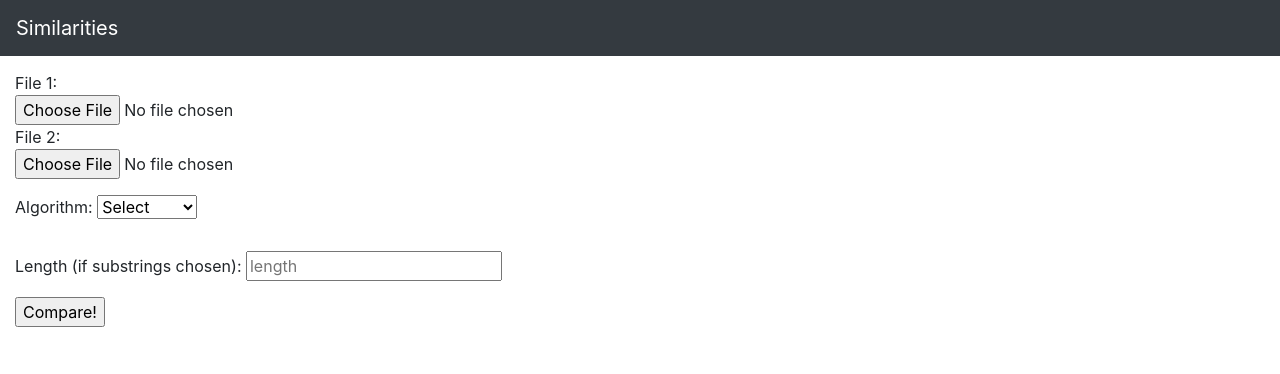
Repository: AllardQuek/CS50x
Page: http://localhost/
The author's editor kept a record of every edit. The page is drawn from the files as they stood at one moment, then again after the next edit.
The browser window is 1280 px wide. The pictures show the whole page.
Some web libraries are served in a nearby version. The page is served by the project's application, run on Flask 3 (pset7/similarities/application.py). Other server files are loaded and not shown.

Above is the page before.

### pset7/similarities/templates/index.html
{% extends "layout.html" %}

{% block body %}

    <div class="col">
        <form action="/compare" enctype="multipart/form-data" method="post">

            <!-- TODO -->
            <div class="form-group">
                File 1: <input type="file" name="file1" class="form-control-file">
                File 2: <input type="file" name="file2" class="form-control-file">
            </div>
            <div class="form-group">

                Algorithm:
                <select name="algorithm" class="form-group">
                    <option disabled selected>Select</option>
                    <option value="lines">lines</option>
                    <option value="sentences">sentences</option>
                    <option value="substrings">substring</option>
                </select>

            </div>
            <div class="form-group">
                Length (if substrings chosen): <input type="number" min="1" placeholder="length" name="length" >
            </div>
            <button type="submit">Compare!</button>

        </form>
    </div>

{% endblock %}

### pset7/similarities/templates/layout.html
<!DOCTYPE html>

<html lang="en">
    <head>

        <!-- Required meta tags -->
        <meta charset="utf-8"/>
        <meta name="viewport" content="width=device-width, initial-scale=1, shrink-to-fit=no"/>

        <!-- Bootstrap CSS -->
        <link href="https://maxcdn.bootstrapcdn.com/bootstrap/4.0.0-beta/css/bootstrap.min.css" rel="stylesheet"/>

        <link href="/static/styles.css" rel="stylesheet"/>

        <title>Similarities</title>

    </head>
    <body>

        <nav class="navbar fixed-top navbar-dark bg-dark">
            <a class="navbar-brand" href="/">Similarities</a>
        </nav>

        <div class="container-fluid">
            <div class="row">
                {% block body %}{% endblock %}
            </div>
        </div>

        <!-- Optional JavaScript -->
        <script src="https://code.jquery.com/jquery-3.2.1.slim.min.js"></script>
        <script src="https://cdnjs.cloudflare.com/ajax/libs/popper.js/1.11.0/umd/popper.min.js"></script>
        <script src="https://maxcdn.bootstrapcdn.com/bootstrap/4.0.0-beta/js/bootstrap.min.js"></script>

    </body>
</html>

Loaded but not shown: pset7/similarities/application.py (common file); pset7/similarities/static/styles.css (common file)

After the next edit:
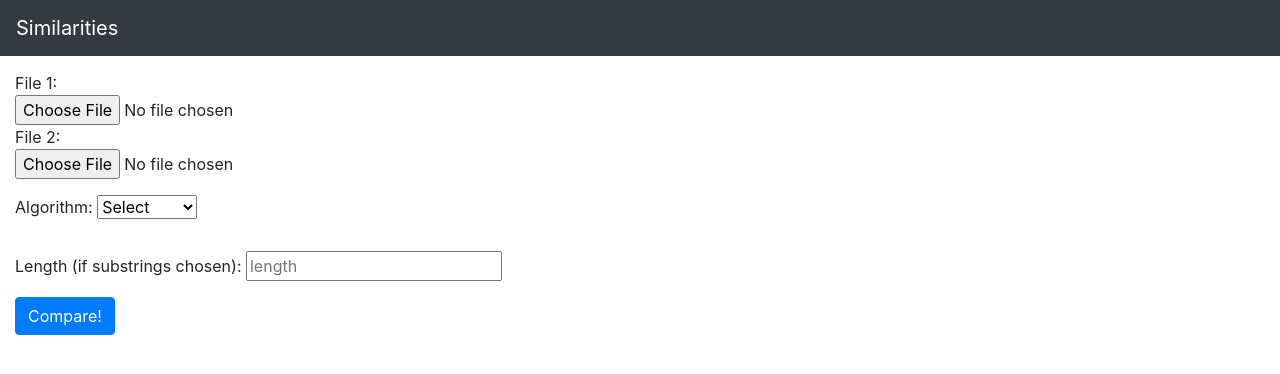
The edit:
--- a/pset7/similarities/templates/index.html
+++ b/pset7/similarities/templates/index.html
@@ -24,7 +24,7 @@
             <div class="form-group">
                 Length (if substrings chosen): <input type="number" min="1" placeholder="length" name="length" >
             </div>
-            <button type="submit">Compare!</button>
+            <button type="submit" class="btn btn-primary" action="submit">Compare!</button>
 
         </form>
     </div>
